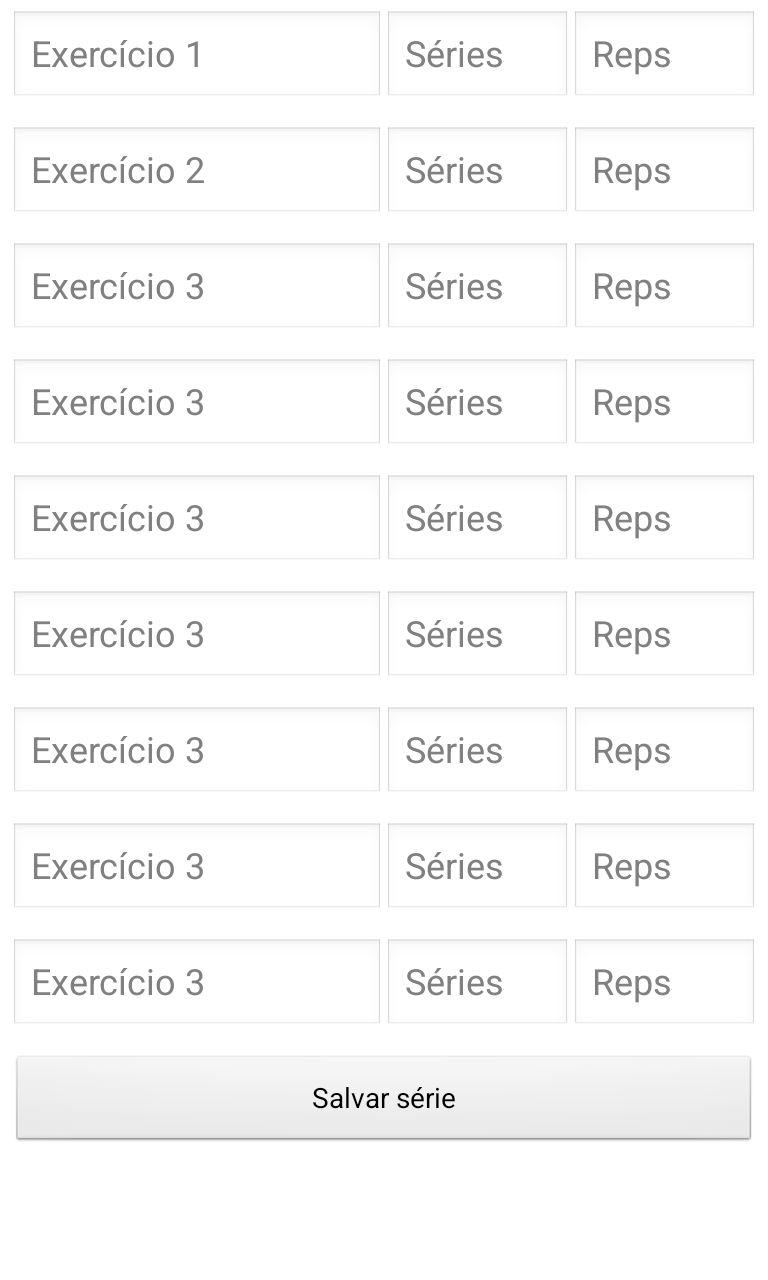
Repository: BrunoDeNadaiSarnaglia/Exame
Layout: Exame/res/layout/activity_nova_serie.xml
The author's editor kept a copy of each file at every save. The layout is drawn from the files as they stood at one save, then again after the next save.
It is drawn on a 768 x 1280 px phone screen (xhdpi) without system bars, with theme AppTheme; the app's code is not run.

Above is the layout before, as saved 2013-07-09 19:49:19.

After the next save:
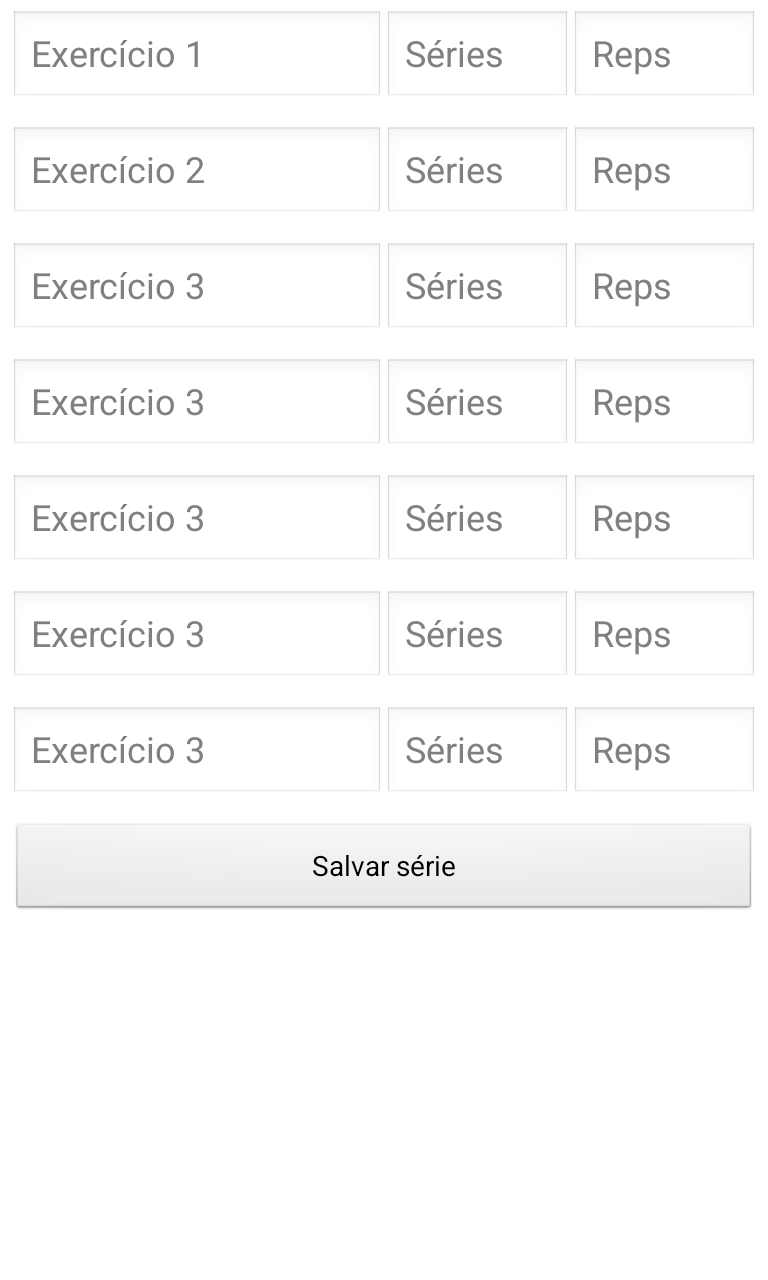
Saved 32 s later.
--- a/Exame/res/layout/activity_nova_serie.xml
+++ b/Exame/res/layout/activity_nova_serie.xml
@@ -194,61 +194,7 @@
     </TableRow>
 
     <TableRow
-        android:id="@+id/tableRow3"
-        android:layout_width="wrap_content"
-        android:layout_height="wrap_content"
-        android:padding="5dip" >
-
-        <EditText android:id="@+id/exercicio3"
-        android:layout_weight="2"
-        android:layout_width="0dp"
-        android:layout_height="wrap_content"
-        android:hint="@string/exercicio3" />
-
-        <EditText android:id="@+id/series3"
-        android:layout_weight="1"
-        android:layout_width="0dp"
-        android:layout_height="wrap_content"
-        android:hint="@string/series3"
-        android:inputType="number" />
-
-        <EditText android:id="@+id/repeticoes3"
-        android:layout_weight="1"
-        android:layout_width="0dp"
-        android:layout_height="wrap_content"
-        android:hint="@string/repeticoes3"
-        android:inputType="number" />
-    </TableRow>
-
-    <TableRow
-        android:id="@+id/tableRow3"
-        android:layout_width="wrap_content"
-        android:layout_height="wrap_content"
-        android:padding="5dip" >
-
-        <EditText android:id="@+id/exercicio3"
-        android:layout_weight="2"
-        android:layout_width="0dp"
-        android:layout_height="wrap_content"
-        android:hint="@string/exercicio3" />
-
-        <EditText android:id="@+id/series3"
-        android:layout_weight="1"
-        android:layout_width="0dp"
-        android:layout_height="wrap_content"
-        android:hint="@string/series3"
-        android:inputType="number" />
-
-        <EditText android:id="@+id/repeticoes3"
-        android:layout_weight="1"
-        android:layout_width="0dp"
-        android:layout_height="wrap_content"
-        android:hint="@string/repeticoes3"
-        android:inputType="number" />
-    </TableRow>
-
-    <TableRow
-        android:id="@+id/tableRow4"
+        android:id="@+id/tableRow8"
         android:layout_width="wrap_content"
         android:layout_height="wrap_content"
         android:padding="5dip" >
